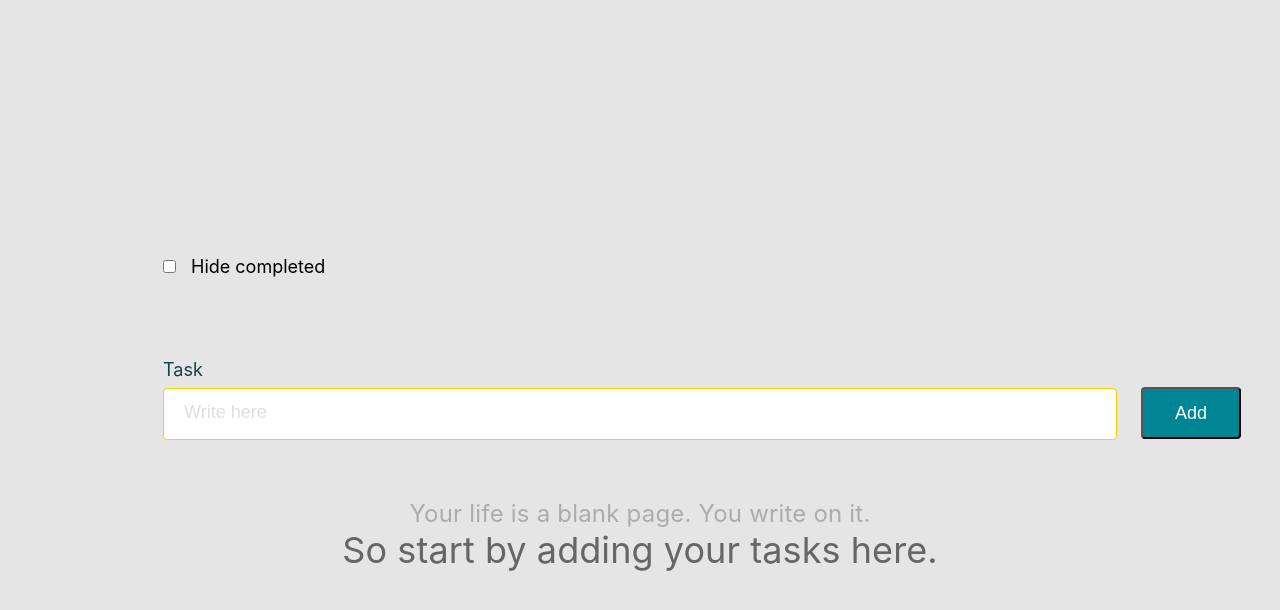
Repository: ArusyakAghajanyan/ToDoMamble
Page: /
These files come from the project's save history. The page is drawn as it stood at one moment and after the next save; the edit follows.
The browser window is 1280 px wide. The pictures show the whole page.
The project was rebuilt for these pictures with package versions that can differ from the ones it lists, and the page was loaded fresh each time. Also part of the build but not shown: src/components/toDoItem.css, src/components/ToDoItem.jsx, src/components/confirm.css, src/components/Confirm.jsx.

Above is the page before, as saved 2022-05-25 14:32:15.

After the next save:
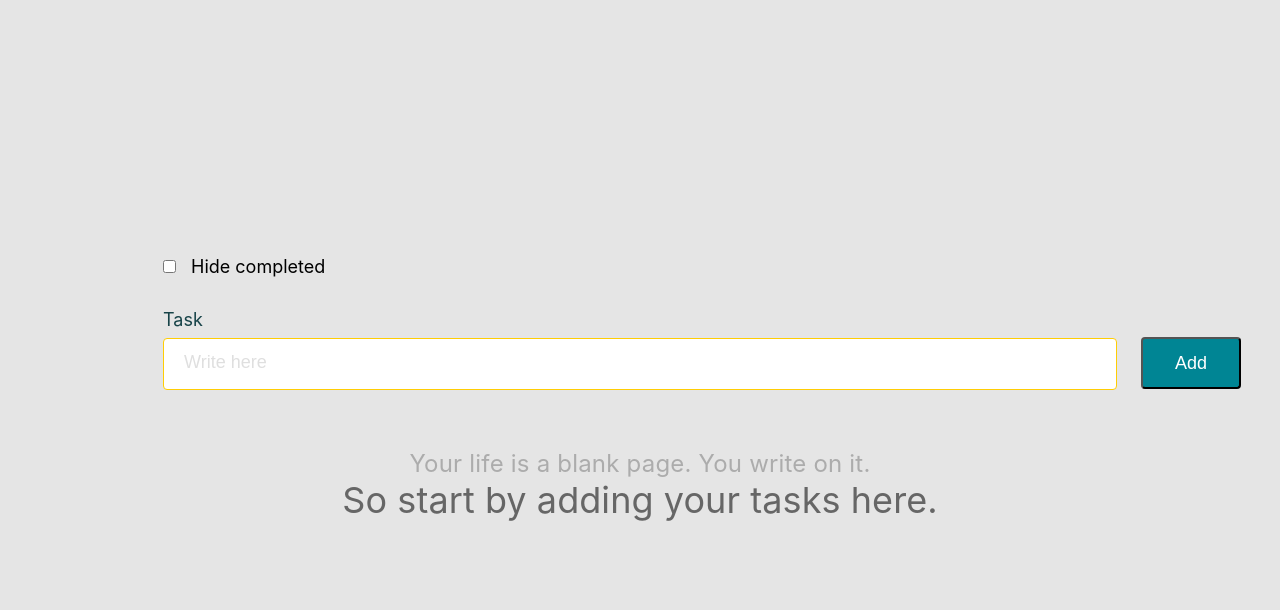
Saved 8 s later.
--- a/src/App.css
+++ b/src/App.css
@@ -38,7 +38,7 @@ flex-direction: column;
 /* justify-content: flex-end; */
 /* float: right; */
 
-margin-bottom: 100px;
+margin-bottom: 50px;
 
 
 }
